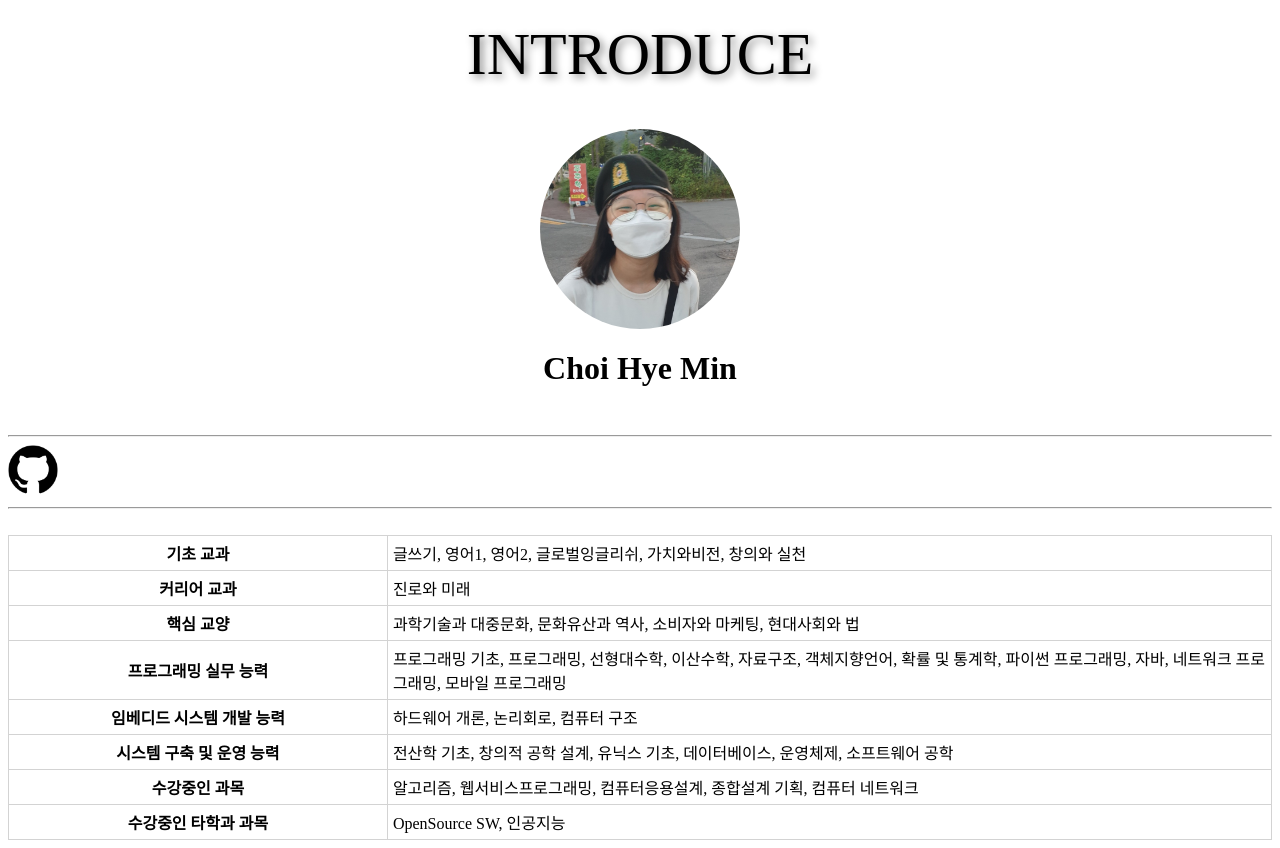
Repository: papav-hub/Web_Study
Page: ChoiHyeMin_reg/src/main/webapp/introduce.html
These files come from the project's save history. The page is drawn as it stood at one moment and after a run of saves; the edit follows.
The browser window is 1280 px wide. The pictures show the whole page.

Above is the page before, as saved 2021-10-03 19:22:04.

### ChoiHyeMin_reg/src/main/webapp/introduce.html
<!DOCTYPE html>
<html>

<style>
	.box
	{
    width: 200px;
    height: 200px;
    border-radius: 70%;
    overflow: hidden;
	}

	.profile
	{
    width: 100%;
    height: 100%;
    object-fit: cover;
	}
</style>


<head>
	<meta charset="UTF-8">
	<title>Web Service ProgrammingHomework</title>
	<link rel="stylesheet" href="resources/register.css" type="text/css"></link>
</head>

<body>
	<header> INTRODUCE </header>

	<div class="box">
    	<img class="profile" src="resources/ChoiHyeMin01.jpg">
	</div>
	<h1 style="text-align:center;"> Choi Hye Min </h1>
	<br>
	<hr>
	<img src="resources/github.png" height="50" width="50">
	<hr>
	<br>

	<table>
		<tr>
			<th>기초 교과</th>
			<td>글쓰기, 영어1, 영어2, 글로벌잉글리쉬, 가치와비전, 창의와 실천</td>
		</tr>
		<tr>
			<th>커리어 교과</th>
			<td>진로와 미래</td>
		</tr>
		<tr>
			<th>핵심 교양</th>
			<td>과학기술과 대중문화, 문화유산과 역사, 소비자와 마케팅, 현대사회와 법</td>
		</tr>
		<tr>
			<th>프로그래밍 실무 능력</th>
			<td>프로그래밍 기초, 프로그래밍, 선형대수학, 이산수학, 자료구조, 객체지향언어, 확률 및 통계학, 파이썬 프로그래밍, 자바, 네트워크 프로그래밍, 모바일 프로그래밍</td>
		</tr>
		<tr>
			<th>임베디드 시스템 개발 능력</th>
			<td>하드웨어 개론, 논리회로, 컴퓨터 구조</td>
		</tr>
		<tr>
			<th>시스템 구축 및 운영 능력</th>
			<td>전산학 기초, 창의적 공학 설계, 유닉스 기초, 데이터베이스, 운영체제, 소프트웨어 공학</td>
		</tr>
		<tr>
			<th>수강중인 과목</th>
			<td>알고리즘, 웹서비스프로그래밍, 컴퓨터응용설계, 종합설계 기획, 컴퓨터 네트워크</td>
		</tr>
		<tr>
			<th>수강중인 타학과 과목</th>
			<td>OpenSource SW, 인공지능</td>
		</tr>
	</table>


</body>
</html>

### ChoiHyeMin_reg/src/main/webapp/resources/register.css
@charset "UTF-8";

	header
	{
		margin:20px 10px 40px 10px;
		font-family:"FreeStyle Script", "Mistral";
		font-size:60px;
		text-shadow:3px 3px 8px gray;
		text-align:center;
	}


	body
	{
		color:black;
		font-family:'맑은 고딕', '돋움', '고딕';
	}


	div
	{
		margin-left:auto;
		margin-right:auto;
		width:70%;
		text-align:center;
	}


	ul
	{
		list-style:none;
		text-align:left;
		background-color:#FDF2EE;
		margin-left:20px;
		margin-right:20px;
		padding-top:20px;
		padding-bottom:20px;
	}


	#sect
	{
		background-color:#FDF2EE;
		text-align:center;
		margin:20px;
		padding:20px;
	}


	a
	{
		text-decoration:underline;
		color:#0000a0;
	}


	table
	{
		border-collapse:collapse;
		width:100%
	}


	th
	{
		border:1px solid lightgray;
		padding:5px;
		width:30%
	}


	td
	{
		border:1px solid lightgray;
		padding:5px;
		width:70%;
	}

After the next 2 saves:
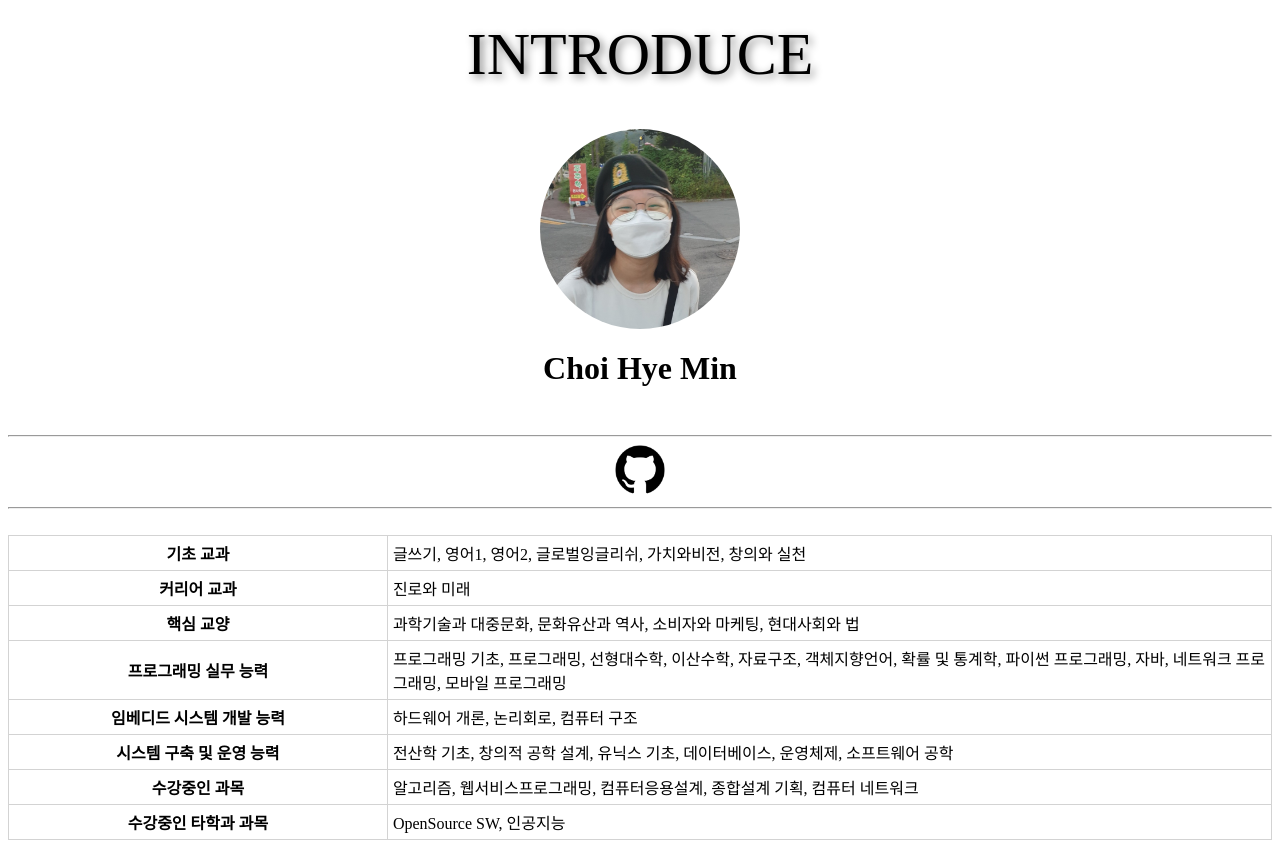
The 2 saves are shown as one change because they came seconds apart.
The last was saved 36 s later.
--- a/ChoiHyeMin_reg/src/main/webapp/introduce.html
+++ b/ChoiHyeMin_reg/src/main/webapp/introduce.html
@@ -34,7 +34,11 @@
 	<h1 style="text-align:center;"> Choi Hye Min </h1>
 	<br>
 	<hr>
-	<img src="resources/github.png" height="50" width="50">
+
+	<div style="text-align:center;">
+		<img src="resources/github.png" height="50" width="50">
+	</div>
+
 	<hr>
 	<br>
 
